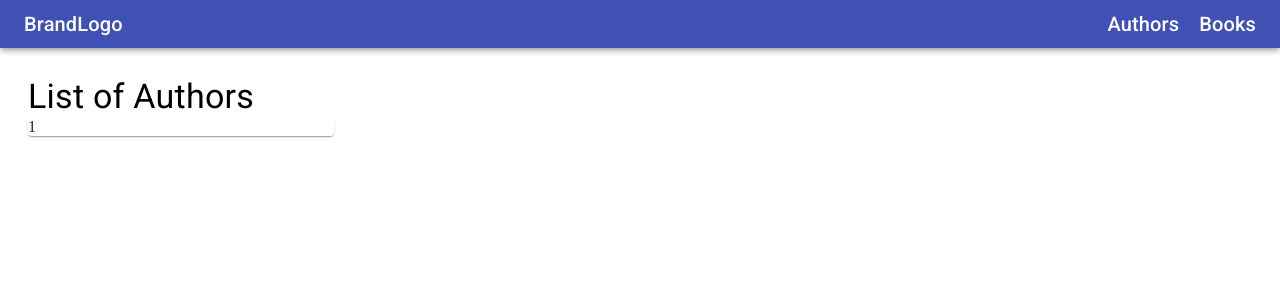
Repository: Sociophuck/00007494
Page: /authors (app in front/)
An editor plug-in stored every save of this project. The page is shown before and after the next save, followed by the edit.
The browser window is 1280 px wide. The pictures show the whole page.
The page's requests for data from a server got no answer. The project was rebuilt for these pictures with package versions that can differ from the ones it lists, and the page was loaded fresh each time. No one was signed in, and anything a server would have sent is missing. Also part of the build but not shown: front/src/Book.js, front/src/Home.js.

Above is the page before, as saved 2021-04-04 12:06:59.

### front/src/index.css
body {
  margin: 0;
}

.header-links {
  display: flex;
}
.header-links > a {
  margin-left: 20px;
  text-decoration: none;
  color: white;
}
.header-links > a:hover {
  color: lightblue;
}

.link {
  text-decoration: none;
  color: white;
}

### front/src/App.js
import Author from "./Author";
import "./App.css";
import { BrowserRouter as Router, Route, Switch } from "react-router-dom";
import Book from "./Book";
import Home from "./Home";
import NavBar from "./NavBar";

function App() {
  return (
    <Router>
      <div className="App">
        <NavBar />
        <div className="mainBody">
          <Switch>
            <Route exact path="/">
              <Home />
            </Route>
            <Route path="/authors">
              <Author />
            </Route>
            <Route path="/books">
              <Book />
            </Route>
          </Switch>
        </div>
      </div>
    </Router>
  );
}

export default App;

### front/src/Author.js
import axios from "axios";
import { useEffect, useState } from "react";
import Grid from "@material-ui/core/Grid";
import Paper from "@material-ui/core/Paper";
import { makeStyles } from "@material-ui/core/styles";
import Typography from "@material-ui/core/Typography";

function Author() {
  const [data, setData] = useState([]);
  useEffect(() => {
    axios
      .get("http://localhost:3318/api/Authors")
      .then(function (response) {
        setData(response.data);
        console.log(response);
      })
      .catch(function (error) {
        console.log(error);
      });
  }, []);

  return (
    <div>
      <Typography variant="h4">List of Authors</Typography>
      <div>
        <Grid container>
          <Grid item xs={12} sm={6} md={3}>
            <Paper>1</Paper>
          </Grid>
        </Grid>
        {data &&
          data.map((item) => {
            return <p>{item.firstName}</p>;
          })}
      </div>
    </div>
  );
}

export default Author;

### front/src/App.css
.mainBody {
  padding: 28px;
}

### front/src/NavBar.js
import { Link } from "react-router-dom";
import React from "react";
import { makeStyles } from "@material-ui/core/styles";
import AppBar from "@material-ui/core/AppBar";
import Toolbar from "@material-ui/core/Toolbar";
import Typography from "@material-ui/core/Typography";

const useStyles = makeStyles((theme) => ({
  root: {
    flexGrow: 1,
    color: "",
  },
  logo: {
    flexGrow: 1,
  },
}));

function NavBar() {
  const classes = useStyles();

  return (
    <div className={classes.root}>
      <AppBar position="static">
        <Toolbar variant="dense">
          <Typography className={classes.logo} variant="h6">
            <Link to="/" className="link">
              BrandLogo
            </Link>
          </Typography>

          <div className="header-links">
            <Link to="/authors">
              <Typography variant="h6" color="inherit">
                Authors
              </Typography>
            </Link>
            <Link to="/books">
              <Typography variant="h6" color="inherit">
                Books
              </Typography>
            </Link>
          </div>
        </Toolbar>
      </AppBar>
    </div>
  );
}

export default NavBar;

Loaded but not shown: front/public/index.html (common file); front/src/index.js (common file)

After the next save:
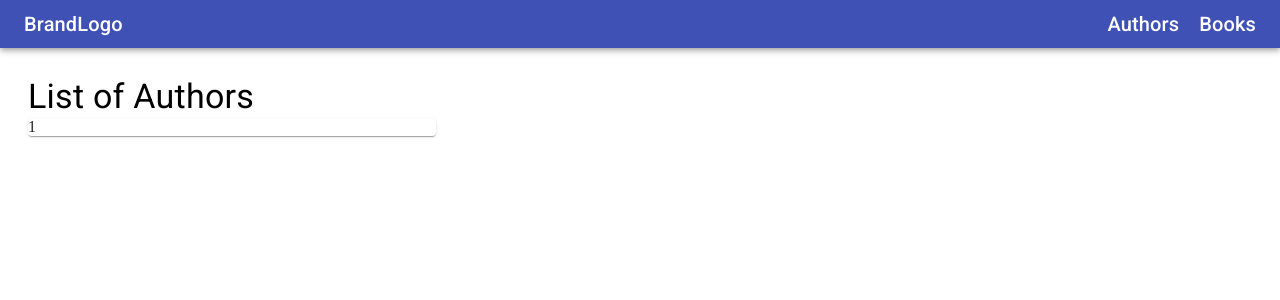
Saved 55 s later.
--- a/front/src/Author.js
+++ b/front/src/Author.js
@@ -24,7 +24,7 @@ function Author() {
       <Typography variant="h4">List of Authors</Typography>
       <div>
         <Grid container>
-          <Grid item xs={12} sm={6} md={3}>
+          <Grid item xs={12} md={6} lg={4}>
             <Paper>1</Paper>
           </Grid>
         </Grid>
